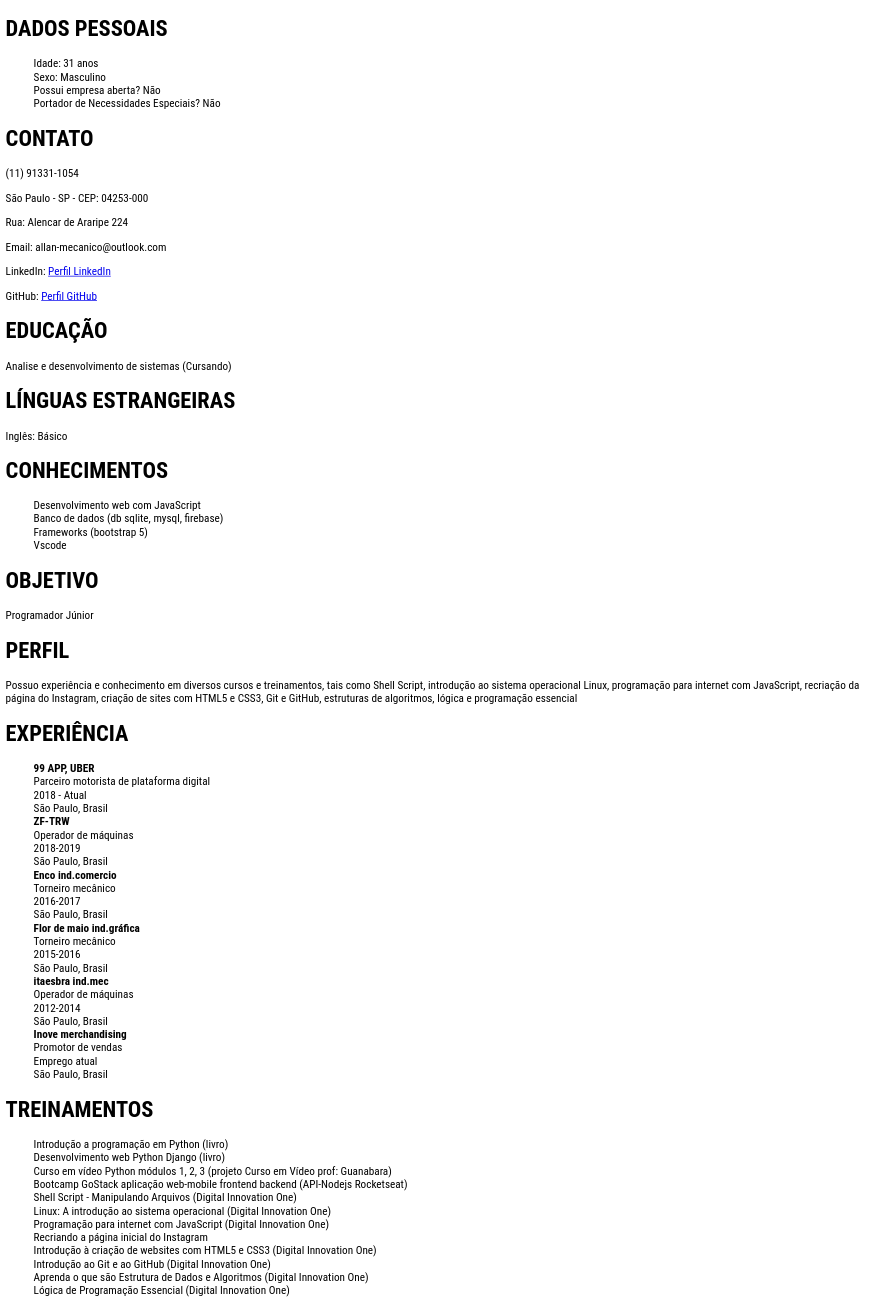
Repository: alfredo-allan/Portfolio
Page: curriculo.html
The author's editor kept a copy of each file at every save. The page is drawn from the files as they stood at one save, then again after a run of saves.
The browser window is 1280 px wide. The pictures show the whole page, at 70% of full size.

Above is the page before, as saved 2024-03-20 14:47:03.

### curriculo.html
<!DOCTYPE html>
<html lang="pt-br">

<head>
	<meta charset="UTF-8">
	<meta http-equiv="X-UA-Compatible" content="IE=edge">
	<meta name="viewport" content="width=device-width, initial-scale=1.0">
	<link rel="stylesheet" href="./src/assets/styles/curriculo.css" />
	<title>Curriculum Vitae - Alfredo Allan Teixeira Sousa</title>
</head>

<body>
	<h1>DADOS PESSOAIS</h1>
	<ul>
		<li>Idade: 31 anos</li>
		<li>Sexo: Masculino</li>
		<li>Possui empresa aberta? Não</li>
		<li>Portador de Necessidades Especiais? Não</li>
	</ul>

	<h1>CONTATO</h1>
	<p>(11) 91331-1054</p>
	<p>São Paulo - SP - CEP: 04253-000</p>
	<p>Rua: Alencar de Araripe 224</p>
	<p>Email: allan-mecanico@outlook.com</p>
	<p>LinkedIn: <a href="www.linkedin.com/in/alfredo-allan-teixeira-ba2 701149/">Perfil LinkedIn</a></p>
	<p>GitHub: <a href="https://github.com/allan- mecanico/">Perfil GitHub</a></p>

	<h1>EDUCAÇÃO</h1>
	<p>Analise e desenvolvimento de sistemas (Cursando)</p>

	<h1>LÍNGUAS ESTRANGEIRAS</h1>
	<p>Inglês: Básico</p>

	<h1>CONHECIMENTOS</h1>
	<ul>
		<li>Desenvolvimento web com JavaScript</li>
		<li>Banco de dados (db sqlite, mysql, firebase)</li>
		<li>Frameworks (bootstrap 5)</li>
		<li>Vscode</li>
	</ul>

	<h1>OBJETIVO</h1>
	<p>Programador Júnior</p>

	<h1>PERFIL</h1>
	<p>Possuo experiência e conhecimento em diversos cursos e treinamentos, tais como Shell Script, introdução ao sistema
		operacional Linux, programação para internet com JavaScript, recriação da página do Instagram, criação de sites com
		HTML5 e CSS3, Git e GitHub, estruturas de algoritmos, lógica e programação essencial</p>

	<h1>EXPERIÊNCIA</h1>
	<ul>
		<li><strong>99 APP, UBER</strong><br>Parceiro motorista de plataforma digital<br>2018 - Atual<br>São Paulo, Brasil
		</li>
		<li><strong>ZF-TRW</strong><br>Operador de máquinas<br>2018-2019<br>São Paulo, Brasil</li>
		<li><strong>Enco ind.comercio</strong><br>Torneiro mecânico<br>2016-2017<br>São Paulo, Brasil</li>
		<li><strong>Flor de maio ind.gráfica</strong><br>Torneiro mecânico<br>2015-2016<br>São Paulo, Brasil</li>
		<li><strong>itaesbra ind.mec</strong><br>Operador de máquinas<br>2012-2014<br>São Paulo, Brasil</li>
		<li><strong>Inove merchandising</strong><br>Promotor de vendas<br>Emprego atual<br>São Paulo, Brasil</li>
	</ul>

	<h1>TREINAMENTOS</h1>
	<ul>
		<li>Introdução a programação em Python (livro)</li>
		<li>Desenvolvimento web Python Django (livro)</li>
		<li>Curso em vídeo Python módulos 1, 2, 3 (projeto Curso em Vídeo prof: Guanabara)</li>
		<li>Bootcamp GoStack aplicação web-mobile frontend backend (API-Nodejs Rocketseat)</li>
		<li>Shell Script - Manipulando Arquivos (Digital Innovation One)</li>
		<li>Linux: A introdução ao sistema operacional (Digital Innovation One)</li>
		<li>Programação para internet com JavaScript (Digital Innovation One)</li>
		<li>Recriando a página inicial do Instagram</li>
		<li>Introdução à criação de websites com HTML5 e CSS3 (Digital Innovation One)</li>
		<li>Introdução ao Git e ao GitHub (Digital Innovation One)</li>
		<li>Aprenda o que são Estrutura de Dados e Algoritmos (Digital Innovation One)</li>
		<li>Lógica de Programação Essencial (Digital Innovation One)</li>
	</ul>
</body>

</html

### src/assets/styles/curriculo.css
:root {
	--roboto-condensed: "Roboto Condensed", sans-serif;
}

body {
	font-family: var(--roboto-condensed);
}

li {
	list-style: none;
}

p {
	te
}

After the next 5 saves:
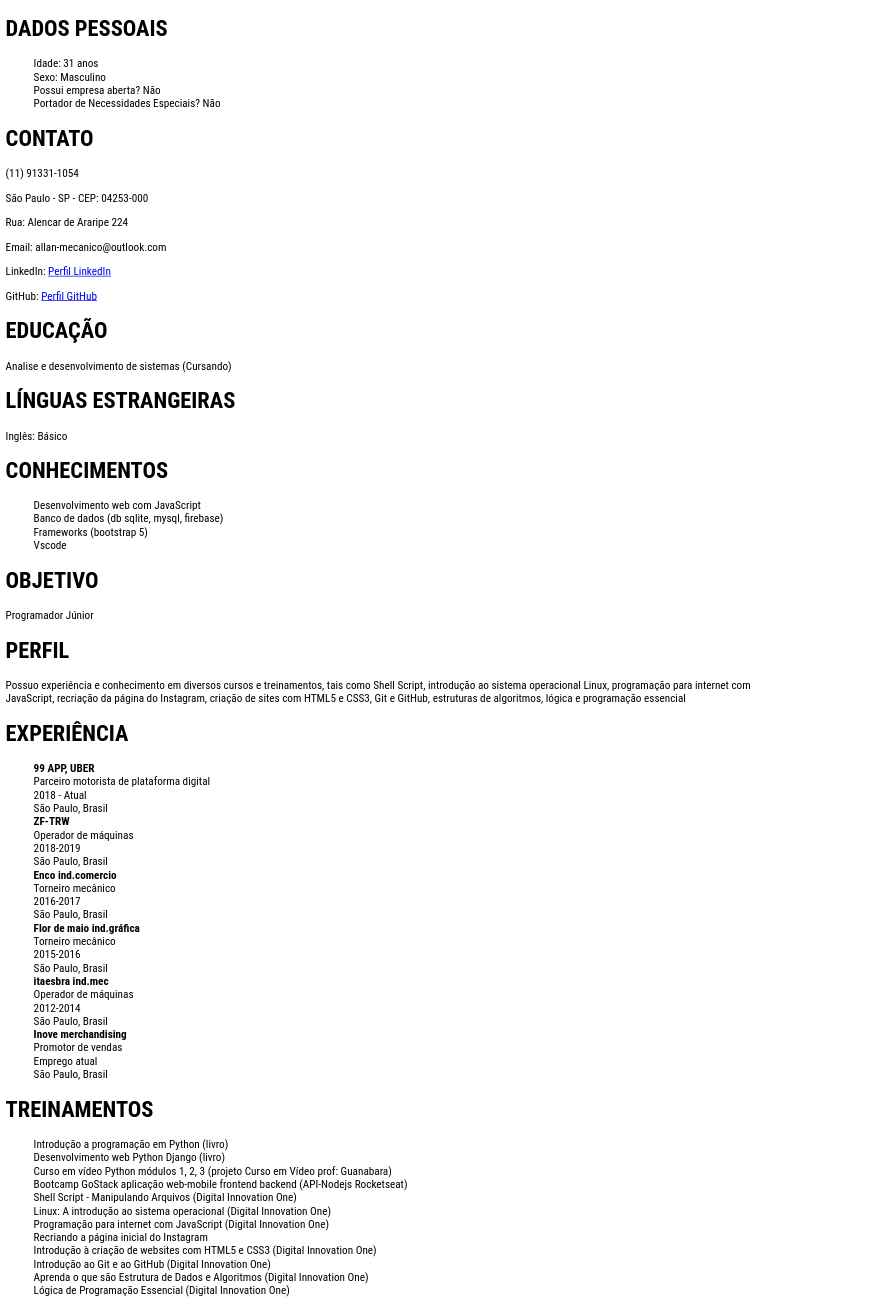
The 5 saves are shown as one change because they came seconds apart.
The last was saved 12 s later.
--- a/src/assets/styles/curriculo.css
+++ b/src/assets/styles/curriculo.css
@@ -11,5 +11,5 @@ li {
 }
 
 p {
-	te
+	margin-right: 10%;
 }
